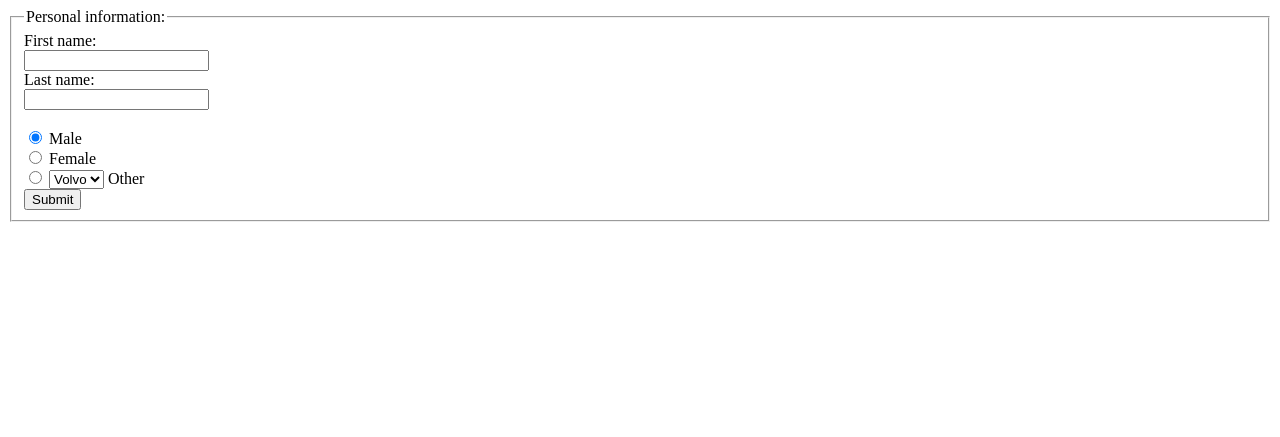
Repository: BaekJiGyeong/JSP
Page: http://localhost/AEA_Lesson0204/list.jsp
These files come from the project's save history. The page is drawn as it stood at one moment and after the next save; the edit follows.
The browser window is 1280 px wide. The pictures show the whole page.
The page is served by Tomcat 9.

Above is the page before, as saved 2016-02-04 10:52:48.

After the next save:
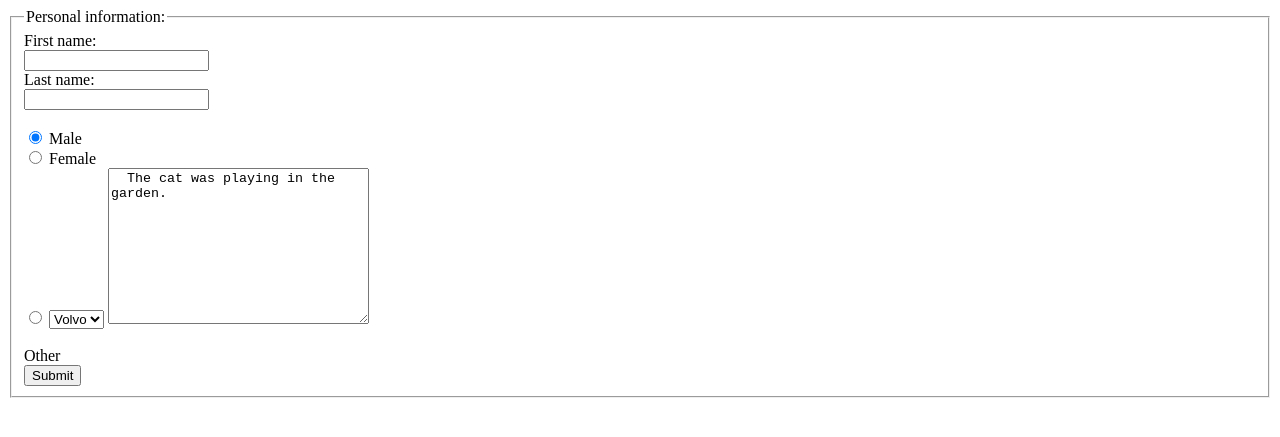
Saved 116 s later.
--- a/AEA_Lesson0204/WebContent/list.jsp
+++ b/AEA_Lesson0204/WebContent/list.jsp
@@ -19,11 +19,19 @@
 			Female<br> <input type="radio" name="gender" value="other">
 
 			<select name="cars">
-			<option value="volvo">Volvo</option>
-			<option value="saab">Saab</option>
+				<option value="volvo">Volvo</option>
+				<option value="saab">Saab</option>
 			</select>
 
-			Other <br> <input type="submit" value="Submit">
+
+			<textarea name="message" rows="10" cols="30">
+  The cat was playing in the garden.
+  </textarea>
+			<br> <br> Other <br> <input type="submit"
+				value="Submit">
+
+
+
 		</fieldset>
 	</form>
 
